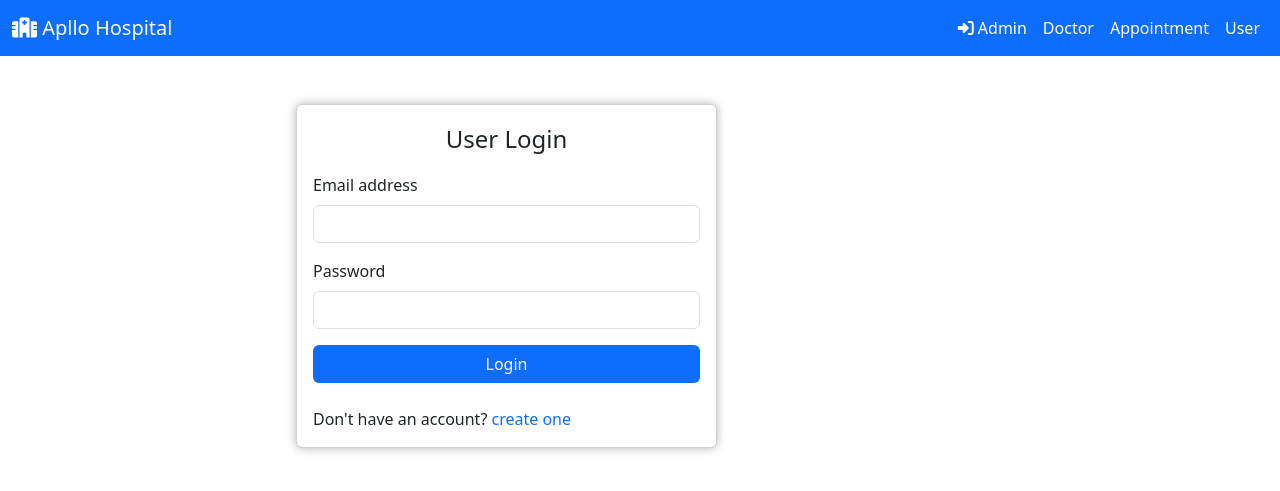
Repository: Subhadip09/Hospital-Management-System
Page: http://localhost/Hospital-Management-System/user_login.jsp
These files come from the project's save history. The page is drawn as it stood at one moment and after the next save; the edit follows.
The browser window is 1280 px wide. The pictures show the whole page.
The page is served by Tomcat 9. Other server files are loaded and not shown.

Above is the page before, as saved 2024-04-06 05:32:46.

### Hospital-Management-System/src/main/webapp/user_login.jsp
<%@ page language="java" contentType="text/html; charset=UTF-8"
	pageEncoding="UTF-8"%>
<!DOCTYPE html>
<html>
<head>
<meta charset="UTF-8">
<title>User Login Page</title>
<%@include file="component/allcss.jsp"%>

<style type="text/css">
.paint-card {
	box-shadow: 0 0 10px 0 rgba(0, 0, 0, 0.3);
}
</style>

</head>
<body>
	<%@include file="component/navbar.jsp"%>

	<div class="container p-5">
		<div class="row">
			<div class="col-md-5 offset-md-2">
				<div class="card paint-card">
					<div class="card-body">
						<p class="fs-4 text-center">User Login</p>

						<form action="#" method="post">
							<div class="mb-3">
								<label class="form-label">Email address</label> <input required
									name="email" type="email" class="form-control">
							</div>

							<div class="mb-3">
								<label class="form-label">Password</label> <input required
									name="password" type="password" class="form-control">
							</div>

							<button type="submit" class="btn bg-primary text-white col-md-12">Login</button>
						</form>

						<br>
						Don't have an account?
						<a href="signup.jsp" class="text-decoration-none">create one</a>

					</div>
				</div>
			</div>
		</div>
	</div>

</body>
</html>

### Hospital-Management-System/src/main/webapp/component/allcss.jsp
<link
	href="https://cdn.jsdelivr.net/npm/bootstrap@5.3.3/dist/css/bootstrap.min.css"
	rel="stylesheet"
	integrity="sha384-QWTKZyjpPEjISv5WaRU9OFeRpok6YctnYmDr5pNlyT2bRjXh0JMhjY6hW+ALEwIH"
	crossorigin="anonymous">

<link rel="stylesheet"
	href="https://cdnjs.cloudflare.com/ajax/libs/font-awesome/6.5.2/css/all.min.css"
	integrity="sha512-SnH5WK+bZxgPHs44uWIX+LLJAJ9/2PkPKZ5QiAj6Ta86w+fsb2TkcmfRyVX3pBnMFcV7oQPJkl9QevSCWr3W6A=="
	crossorigin="anonymous" referrerpolicy="no-referrer" />

<script
	src="https://cdn.jsdelivr.net/npm/bootstrap@5.3.3/dist/js/bootstrap.bundle.min.js"
	integrity="sha384-YvpcrYf0tY3lHB60NNkmXc5s9fDVZLESaAA55NDzOxhy9GkcIdslK1eN7N6jIeHz"
	crossorigin="anonymous"></script>

### Hospital-Management-System/src/main/webapp/component/navbar.jsp
<nav class="navbar navbar-expand-lg navbar-dark bg-primary">
	<div class="container-fluid">
		<a class="navbar-brand" href="index.jsp"><i class="fa-solid fa-hospital"></i> Apllo Hospital</a>
		<button class="navbar-toggler" type="button" data-bs-toggle="collapse"
			data-bs-target="#navbarSupportedContent"
			aria-controls="navbarSupportedContent" aria-expanded="false"
			aria-label="Toggle navigation">
			<span class="navbar-toggler-icon"></span>
		</button>
		<div class="collapse navbar-collapse" id="navbarSupportedContent">
			<ul class="navbar-nav ms-auto mb-2 mb-lg-0">

				<li class="nav-item"><a class="nav-link active"
					aria-current="page" href="admin_login.jsp"><i class="fa-solid fa-right-to-bracket"></i> Admin</a></li>

				<li class="nav-item"><a class="nav-link active"
					aria-current="page" href="doctor_login.jsp">Doctor</a></li>

				<li class="nav-item"><a class="nav-link active"
					aria-current="page" href="#">Appointment</a></li>

				<li class="nav-item"><a class="nav-link active"
					aria-current="page" href="user_login.jsp">User</a></li>


				<!-- <li class="nav-item dropdown"><a
					class="nav-link dropdown-toggle" href="#" role="button"
					data-bs-toggle="dropdown" aria-expanded="false"> Dropdown </a>
					<ul class="dropdown-menu">
						<li><a class="dropdown-item" href="#">Action</a></li>
						<li><a class="dropdown-item" href="#">Another action</a></li>
						<li><hr class="dropdown-divider"></li>
						<li><a class="dropdown-item" href="#">Something else here</a></li>
					</ul></li> -->


			</ul>
		</div>
	</div>
</nav>

After the next save:
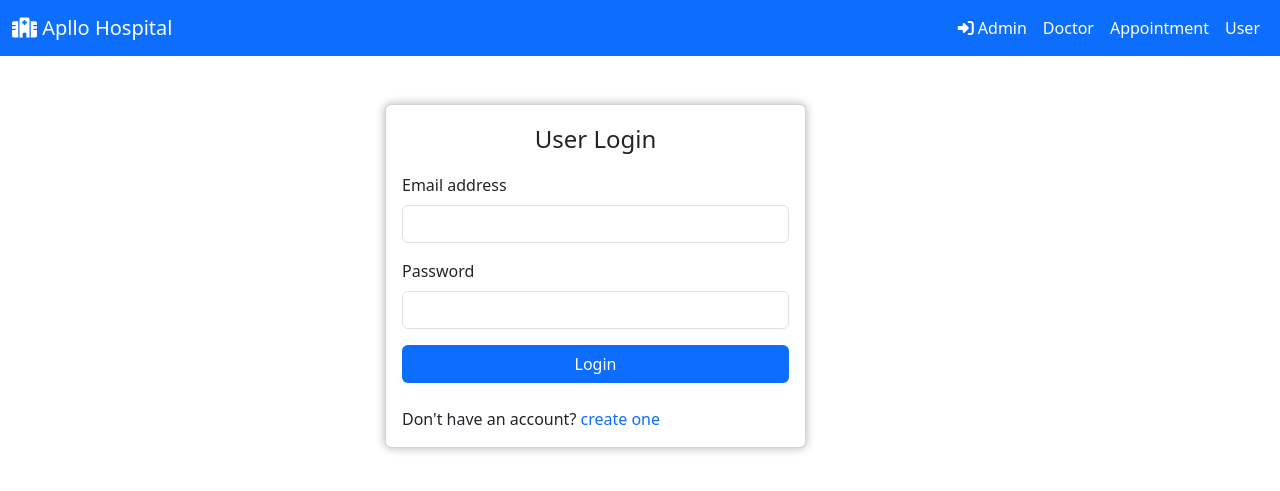
Saved 8 s later.
--- a/Hospital-Management-System/src/main/webapp/user_login.jsp
+++ b/Hospital-Management-System/src/main/webapp/user_login.jsp
@@ -19,7 +19,7 @@
 
 	<div class="container p-5">
 		<div class="row">
-			<div class="col-md-5 offset-md-2">
+			<div class="col-md-5 offset-md-3">
 				<div class="card paint-card">
 					<div class="card-body">
 						<p class="fs-4 text-center">User Login</p>
